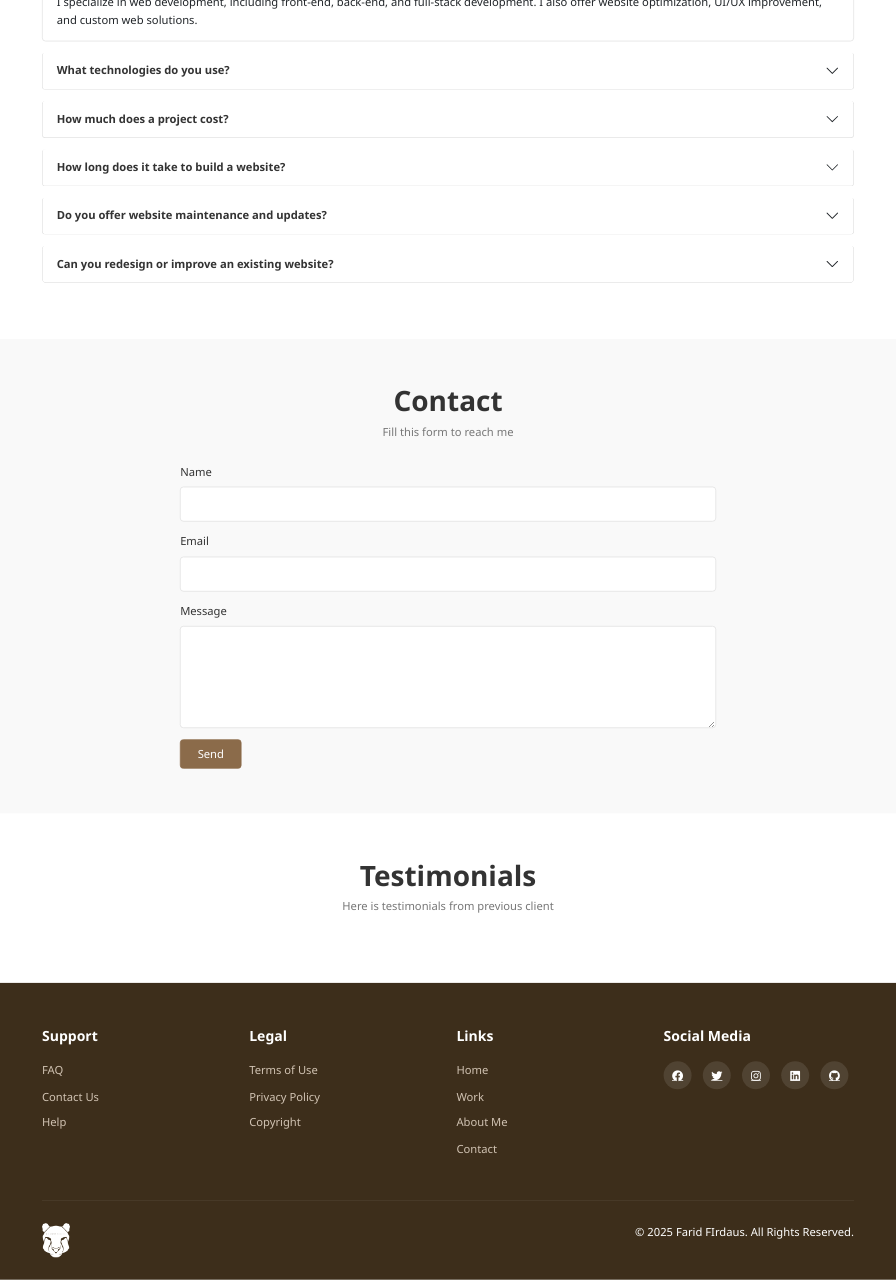
Repository: faridfirdaus-fred/portfolio-pweb
Page: index.html
An editor plug-in stored every save of this project. The page is shown before and after the next save, followed by the edit.
The browser window is 1280 px wide. The pictures show the part of the page from y = 2573 to 4493 px (the page is 4401 px tall before and 4493 px after), at 70% of full size.

Above is the page before, as saved 2025-05-12 17:25:36.
Console error (its wording comes from the project's code and is left out).

After the next save:
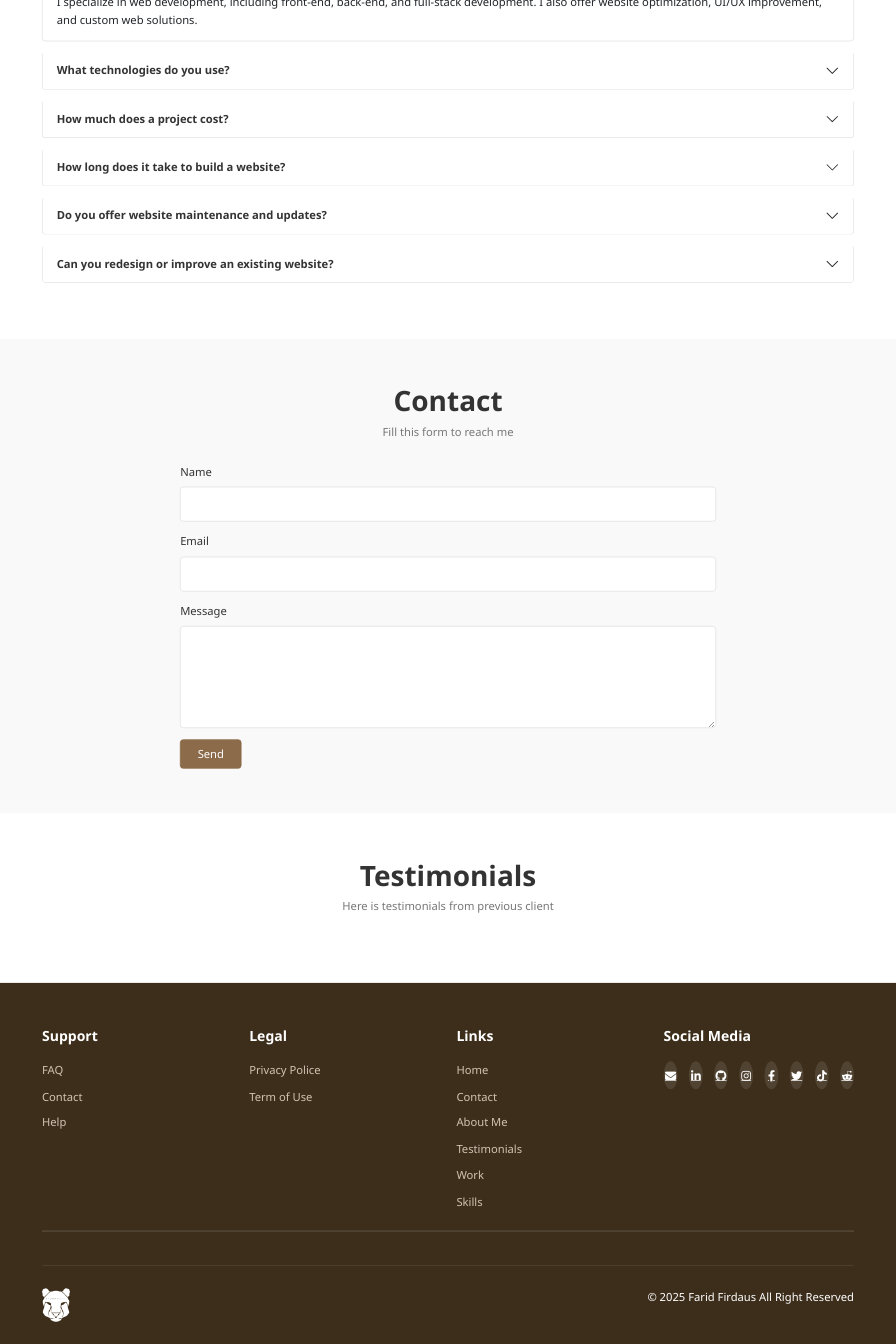
Saved 4 min 54 s later.
--- a/index.html
+++ b/index.html
@@ -290,58 +290,65 @@
     </section>
 
     <!-- Footer -->
-    <footer class="footer">
-        <div class="container">
+   <!-- Footer -->
+<footer class="footer">
+    <div class="container">
+        <div class="row">
+            <div class="col-md-3">
+                <h5>Support</h5>
+                <ul class="footer-links">
+                    <li><a href="#">FAQ</a></li>
+                    <li><a href="#">Contact</a></li>
+                    <li><a href="#">Help</a></li>
+                </ul>
+            </div>
+            <div class="col-md-3">
+                <h5>Legal</h5>
+                <ul class="footer-links">
+                    <li><a href="#">Privacy Police</a></li>
+                    <li><a href="#">Term of Use</a></li>
+                </ul>
+            </div>
+            <div class="col-md-3">
+                <h5>Links</h5>
+                <ul class="footer-links">
+                    <li><a href="#home">Home</a></li>
+                    <li><a href="#contact">Contact</a></li>
+                    <li><a href="#about">About Me</a></li>
+                    <li><a href="#testimonials">Testimonials</a></li>
+                    <li><a href="#work">Work</a></li>
+                    <li><a href="#skills">Skills</a></li>
+                </ul>
+            </div>
+            <div class="col-md-3">
+                <h5>Social Media</h5>
+                <div class="social-icons">
+                    <a href="#" class="social-icon-link"><i class="fas fa-envelope"></i></a>
+                    <a href="#" class="social-icon-link"><i class="fab fa-linkedin-in"></i></a>
+                    <a href="#" class="social-icon-link"><i class="fab fa-github"></i></a>
+                    <a href="#" class="social-icon-link"><i class="fab fa-instagram"></i></a>
+                    <a href="#" class="social-icon-link"><i class="fab fa-facebook-f"></i></a>
+                    <a href="#" class="social-icon-link"><i class="fab fa-twitter"></i></a>
+                    <a href="#" class="social-icon-link"><i class="fab fa-tiktok"></i></a>
+                    <a href="#" class="social-icon-link"><i class="fab fa-reddit-alien"></i></a>
+                </div>
+            </div>
+        </div>
+
+        <hr class="footer-divider">
+
+        <div class="footer-bottom">
             <div class="row">
-                <div class="col-md-3">
-                    <h5>Support</h5>
-                    <ul class="footer-links">
-                        <li><a href="#">FAQ</a></li>
-                        <li><a href="#">Contact Us</a></li>
-                        <li><a href="#">Help</a></li>
-                    </ul>
-                </div>
-                <div class="col-md-3">
-                    <h5>Legal</h5>
-                    <ul class="footer-links">
-                        <li><a href="#">Terms of Use</a></li>
-                        <li><a href="#">Privacy Policy</a></li>
-                        <li><a href="#">Copyright</a></li>
-                    </ul>
-                </div>
-                <div class="col-md-3">
-                    <h5>Links</h5>
-                    <ul class="footer-links">
-                        <li><a href="#home">Home</a></li>
-                        <li><a href="#work">Work</a></li>
-                        <li><a href="#about">About Me</a></li>
-                        <li><a href="#contact">Contact</a></li>
-                    </ul>
-                </div>
-                <div class="col-md-3">
-                    <h5>Social Media</h5>
-                    <div class="social-icons">
-                        <a href="#"><i class="fab fa-facebook"></i></a>
-                        <a href="#"><i class="fab fa-twitter"></i></a>
-                        <a href="#"><i class="fab fa-instagram"></i></a>
-                        <a href="#"><i class="fab fa-linkedin"></i></a>
-                        <a href="#"><i class="fab fa-github"></i></a>
-                    </div>
-                </div>
-            </div>
-
-            <div class="footer-bottom">
-                <div class="row">
-                    <div class="col-md-6">
-                        <img src="images/logo.png" alt="Logo" width="40" class="footer-logo">
-                    </div>
-                    <div class="col-md-6 text-md-end">
-                        <p>&copy; 2025 Farid FIrdaus. All Rights Reserved.</p>
-                    </div>
-                </div>
-            </div>
-        </div>
-    </footer>
+                <div class="col-md-6">
+                    <img src="images/logo.png" alt="Logo" width="40" class="footer-logo">
+                </div>
+                <div class="col-md-6 text-md-end">
+                    <p>&copy; 2025 Farid Firdaus All Right Reserved</p>
+                </div>
+            </div>
+        </div>
+    </div>
+</footer>
 
     <!-- jQuery -->
     <script src="https://code.jquery.com/jquery-3.6.0.min.js"></script>
